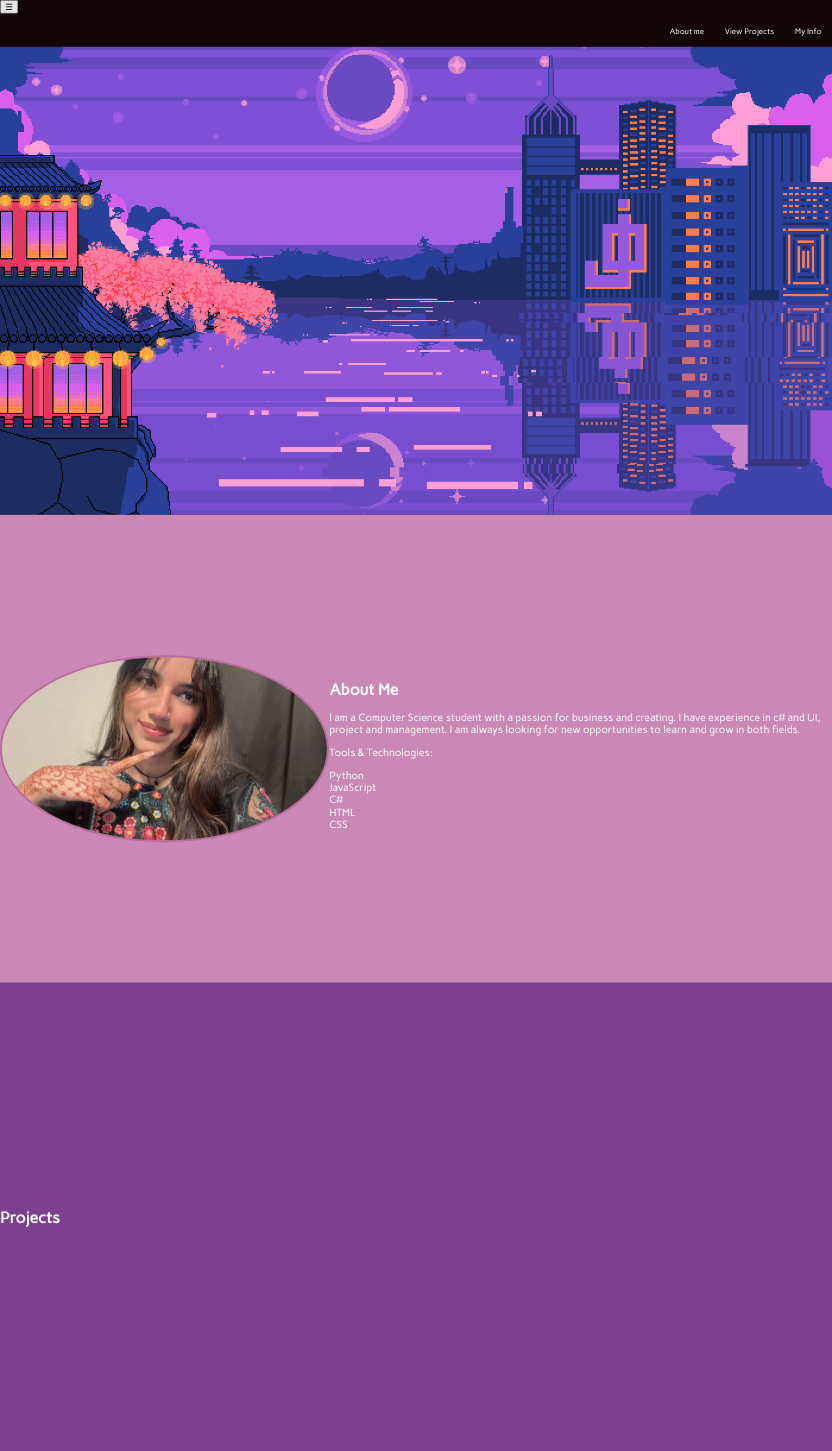
Repository: Rameen-A/Rameen-A
Page: index.html
These files come from the project's save history. The page is drawn as it stood at one moment and after the next save; the edit follows.
The browser window is 1280 px wide. The pictures show the whole page, at 65% of full size.

Above is the page before, as saved 2026-05-05 00:52:56.

After the next save:
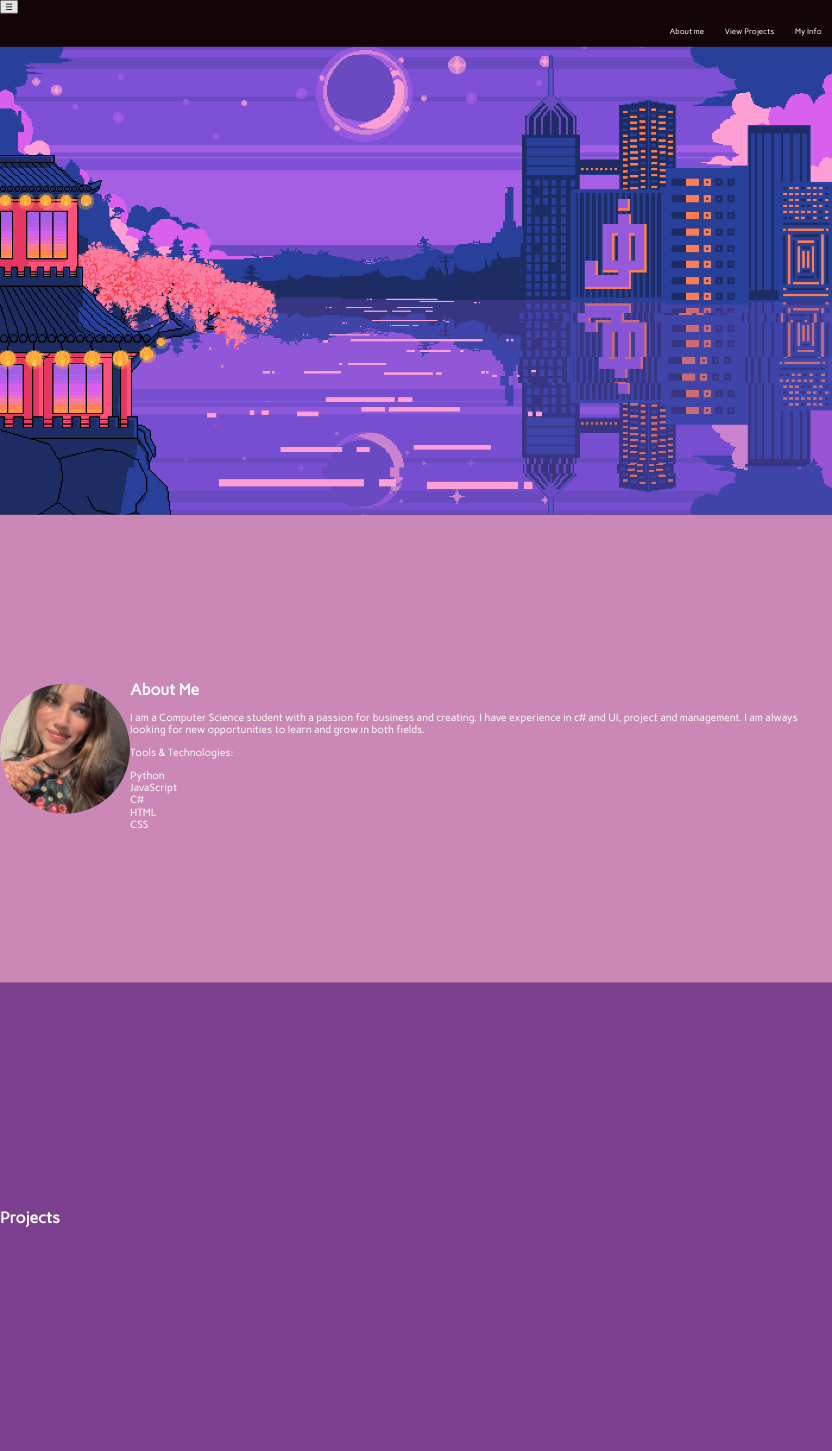
Saved 3 min 43 s later.
--- a/styles/index.css
+++ b/styles/index.css
@@ -46,15 +46,10 @@
   background-color: rgb(203, 135, 181);
 }
 .about img {
-  max-width: 300%;
-  border-radius: 50%;
-  display: inline-block;
-  vertical-align: middle;
-  border: 3px solid rgba(111, 8, 48, 0.2);
-  width: auto;
-  height: auto;
-  overflow: hidden;
-  object-fit: cover;
+    width: 200px;
+    height: 200px;
+    object-fit: cover;   /* crops image nicely */
+    border-radius: 50%;
 }
 
 section:hover article {

After the save that followed:
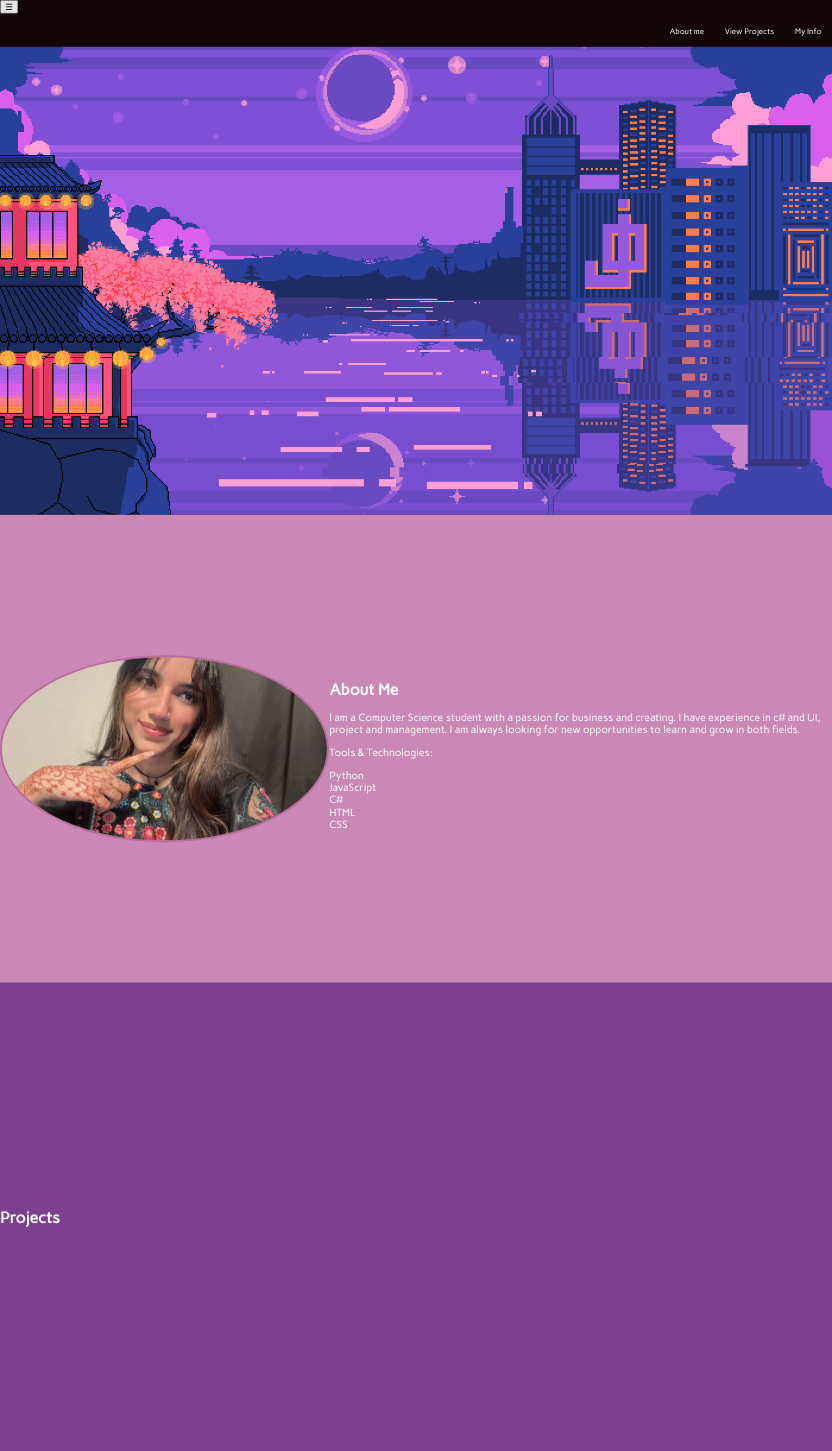
Saved 9 min 49 s later.
--- a/styles/index.css
+++ b/styles/index.css
@@ -50,7 +50,16 @@
     height: 200px;
     object-fit: cover;   /* crops image nicely */
     border-radius: 50%;
+    max-width: 300%;
+    border-radius: 50%;
+    display: inline-block;
+    vertical-align: middle;
+    border: 3px solid rgba(111, 8, 48, 0.2);
+    width: auto;
+    height: auto;
+    overflow: hidden;
 }
+
 
 section:hover article {
   opacity: 1;
